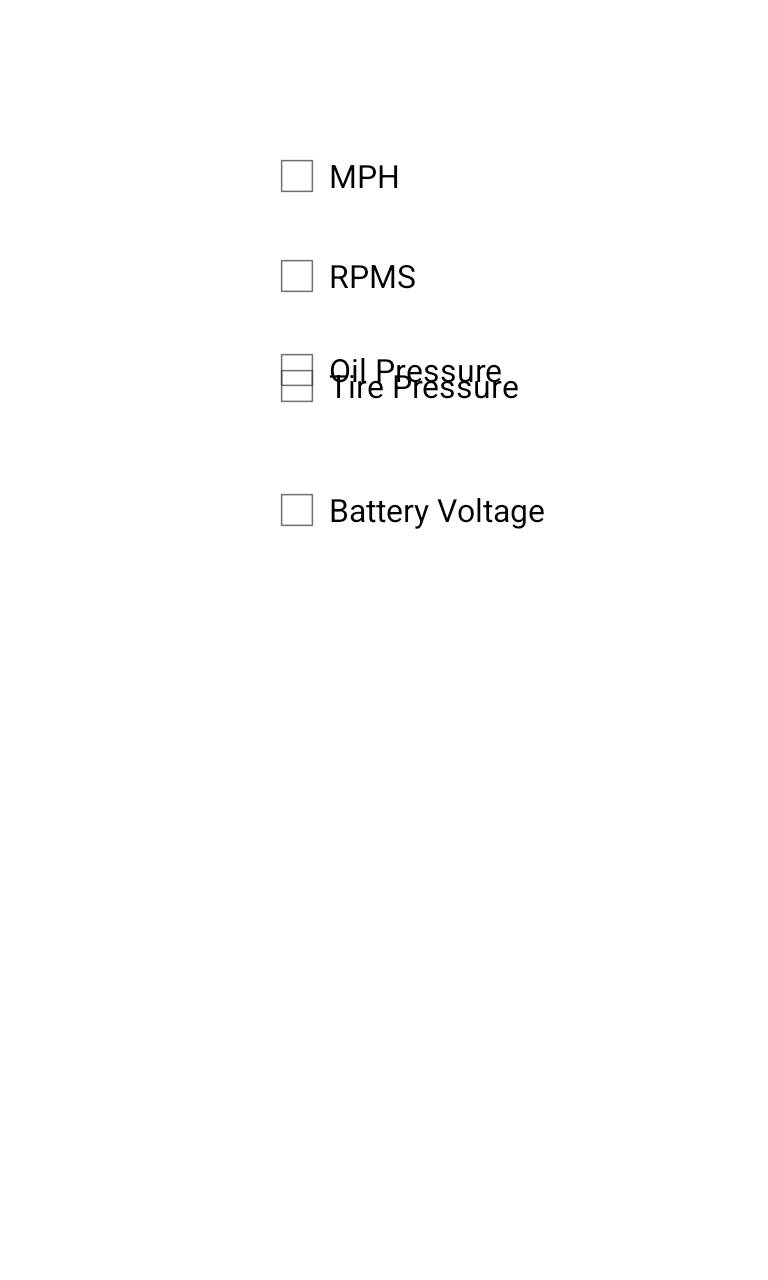
Repository: raul09/Overdrive
Layout: workspace/AutoPerformanceAnalyzer/res/layout/activity_run.xml
These files come from the project's save history. The layout is drawn as it stood at one moment and after the next save; the edit follows.
It is drawn on a 768 x 1280 px phone screen (xhdpi) without system bars, with theme AppTheme; the app's code is not run.

Above is the layout before, as saved 2013-10-01 14:38:29.

### workspace/AutoPerformanceAnalyzer/res/layout/activity_run.xml
<RelativeLayout xmlns:android="http://schemas.android.com/apk/res/android"
    xmlns:tools="http://schemas.android.com/tools"
    android:layout_width="match_parent"
    android:layout_height="match_parent"
    android:paddingBottom="@dimen/activity_vertical_margin"
    android:paddingLeft="@dimen/activity_horizontal_margin"
    android:paddingRight="@dimen/activity_horizontal_margin"
    android:paddingTop="@dimen/activity_vertical_margin"
    tools:context=".Run" >

    <CheckBox
        android:id="@+id/voltage"
        android:layout_width="wrap_content"
        android:layout_height="wrap_content"
        android:layout_alignLeft="@+id/oilPressure"
        android:layout_below="@+id/oilPressure"
        android:layout_marginTop="38dp"
        android:text="@string/voltage" />

    <CheckBox
        android:id="@+id/oilPressure"
        android:layout_width="wrap_content"
        android:layout_height="wrap_content"
        android:layout_below="@+id/rpms"
        android:layout_centerHorizontal="true"
        android:layout_marginTop="15dp"
        android:text="@string/oilPressure" />

    <CheckBox
        android:id="@+id/tirePressure"
        android:layout_width="wrap_content"
        android:layout_height="wrap_content"
        android:layout_alignLeft="@+id/oilPressure"
        android:layout_below="@+id/rpms"
        android:layout_marginTop="23dp"
        android:text="@string/tirePressure" />

    <CheckBox
        android:id="@+id/rpms"
        android:layout_width="wrap_content"
        android:layout_height="wrap_content"
        android:layout_alignLeft="@+id/tirePressure"
        android:layout_below="@+id/mph"
        android:layout_marginTop="18dp"
        android:text="@string/rpms"/>

    <CheckBox
        android:id="@+id/mph"
        android:layout_width="wrap_content"
        android:layout_height="wrap_content"
        android:layout_alignLeft="@+id/rpms"
        android:layout_alignParentTop="true"
        android:layout_marginTop="56dp"
        android:text="@string/mph"/>

</RelativeLayout>

### workspace/AutoPerformanceAnalyzer/res/values/strings.xml
<?xml version="1.0" encoding="utf-8"?>
<resources>

    <string name="app_name">Auto Performance Analyzer</string>
    <string name="action_settings">Settings</string>
    <string name="hello_world">Hello world!</string>
    <string name="History">History</string>
    <string name="Next">Next</string>
    <string name="Run">Run</string>
    <string name="CheckErrors">Check Errors</string>
    <string name="rpms">RPMS</string>
    <string name="mph">MPH</string>
    <string name="voltage">Battery Voltage</string>
    <string name="tirePressure">Tire Pressure</string>
    <string name="oilPressure">Oil Pressure</string>

    <string-array name="Make">
        <item>Ford</item>
        <item>Toyota</item>
        <item>Honda</item>
    </string-array>
    <string-array name="Model">
        <item>Mustang</item>
        <item>F150</item>
        <item>350-Z</item>
    </string-array>
    <string-array name="Year">
        <item>2013</item>
        <item>2012</item>
        <item>2011</item>
        <item>2010</item>
        <item>2009</item>
        <item>2008</item>
    </string-array>

    <string name="title_activity_display_mode">DisplayModeActivity</string>
    <string name="title_activity_run">Run</string>

</resources>

Loaded but not shown: workspace/AutoPerformanceAnalyzer/res/values/styles.xml (common file); workspace/AutoPerformanceAnalyzer/res/values-v11/styles.xml (common file); workspace/AutoPerformanceAnalyzer/res/values-v14/styles.xml (common file); workspace/AutoPerformanceAnalyzer/res/values/dimens.xml (common file)

After the next save:
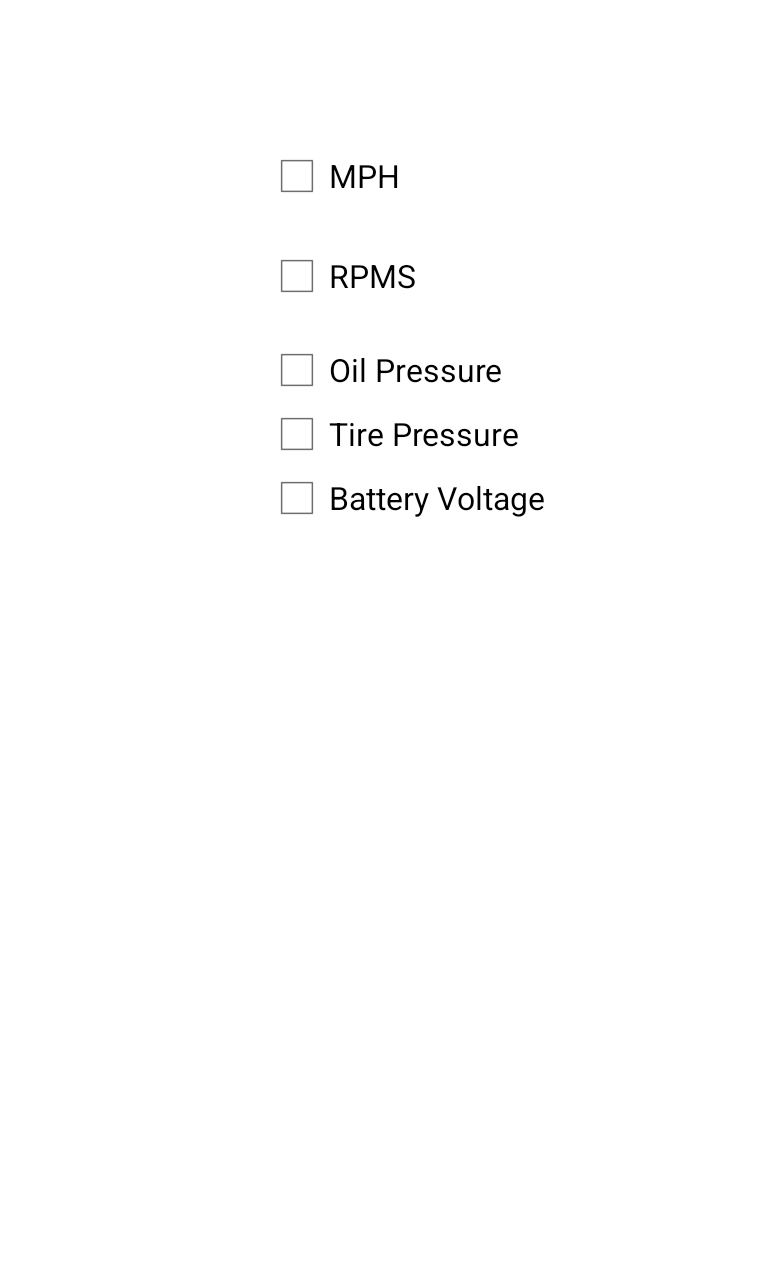
Saved 42 s later.
--- a/workspace/AutoPerformanceAnalyzer/res/layout/activity_run.xml
+++ b/workspace/AutoPerformanceAnalyzer/res/layout/activity_run.xml
@@ -9,15 +9,6 @@
     tools:context=".Run" >
 
     <CheckBox
-        android:id="@+id/voltage"
-        android:layout_width="wrap_content"
-        android:layout_height="wrap_content"
-        android:layout_alignLeft="@+id/oilPressure"
-        android:layout_below="@+id/oilPressure"
-        android:layout_marginTop="38dp"
-        android:text="@string/voltage" />
-
-    <CheckBox
         android:id="@+id/oilPressure"
         android:layout_width="wrap_content"
         android:layout_height="wrap_content"
@@ -25,15 +16,6 @@
         android:layout_centerHorizontal="true"
         android:layout_marginTop="15dp"
         android:text="@string/oilPressure" />
-
-    <CheckBox
-        android:id="@+id/tirePressure"
-        android:layout_width="wrap_content"
-        android:layout_height="wrap_content"
-        android:layout_alignLeft="@+id/oilPressure"
-        android:layout_below="@+id/rpms"
-        android:layout_marginTop="23dp"
-        android:text="@string/tirePressure" />
 
     <CheckBox
         android:id="@+id/rpms"
@@ -53,4 +35,20 @@
         android:layout_marginTop="56dp"
         android:text="@string/mph"/>
 
+    <CheckBox
+        android:id="@+id/voltage"
+        android:layout_width="wrap_content"
+        android:layout_height="wrap_content"
+        android:layout_alignLeft="@+id/oilPressure"
+        android:layout_below="@+id/tirePressure"
+        android:text="@string/voltage" />
+
+    <CheckBox
+        android:id="@+id/tirePressure"
+        android:layout_width="wrap_content"
+        android:layout_height="wrap_content"
+        android:layout_alignLeft="@+id/oilPressure"
+        android:layout_below="@+id/oilPressure"
+        android:text="@string/tirePressure" />
+
 </RelativeLayout>
